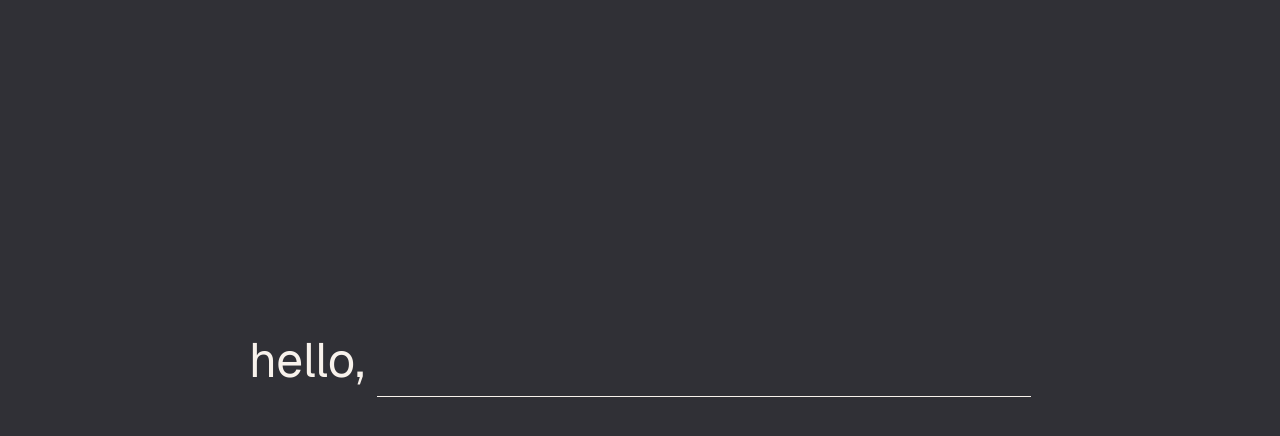
Repository: zhangolivia7/rot-recovery
Page: /
These files come from the project's save history. The page is drawn as it stood at one moment and after the next save; the edit follows.
The browser window is 1280 px wide. The pictures show the whole page.
The project was rebuilt for these pictures with package versions that can differ from the ones it lists, and the page was loaded fresh each time. The framework's server and built-in components were replaced by stand-ins that run in the browser. Also part of the build but not shown: next.config.ts.

Above is the page before, as saved 2025-03-15 21:10:35.

### src/app/layout.tsx
import type { Metadata } from "next";
import { Geist, Geist_Mono } from "next/font/google";
import "./globals.css";

const geistSans = Geist({
  variable: "--font-geist-sans",
  subsets: ["latin"],
});

const geistMono = Geist_Mono({
  variable: "--font-geist-mono",
  subsets: ["latin"],
});

export const metadata: Metadata = {
  title: "Rot Recovery",
  description: "it's comeback time.",
};

export default function RootLayout({
  children,
}: Readonly<{
  children: React.ReactNode;
}>) {
  return (
    <html lang="en">
      <body
        className={`${geistSans.variable} ${geistMono.variable} antialiased`}
      >
        {children}
      </body>
    </html>
  );
}

### src/app/page.tsx
import Image from "next/image";

export default function Home() {
  return (
    <div className="grid grid-rows-[20px_1fr_20px] items-center justify-items-center min-h-screen p-8 pb-20 gap-16 sm:p-20 font-[family-name:var(--font-geist-sans)]">
      <main className="flex flex-col gap-[32px] row-start-2 items-center sm:items-start">
        <div>
          <h1>hello, <input type="text"></input></h1>
        </div>
      </main>
    </div>
  );
}

### src/app/globals.css
@import "tailwindcss";

:root {
  --background: #303036;
  --foreground: #F8F2EC;
}

@theme inline {
  --color-background: var(--background);
  --color-foreground: var(--foreground);
  --font-sans: var(--font-geist-sans);
  --font-mono: var(--font-geist-mono);
}

@media (prefers-color-scheme: dark) {
  :root {
    --background: #303036;
    --foreground: #F8F2EC;
  }
}

body {
  background: var(--background);
  color: var(--foreground);
  font-family: Arial, Helvetica, sans-serif;
}

h1 {
  font-size: 3em;
}

h1 input {
  border-bottom: 1px solid var(--foreground);
}

h1 input::after {
  outline: none;
}

After the next save:
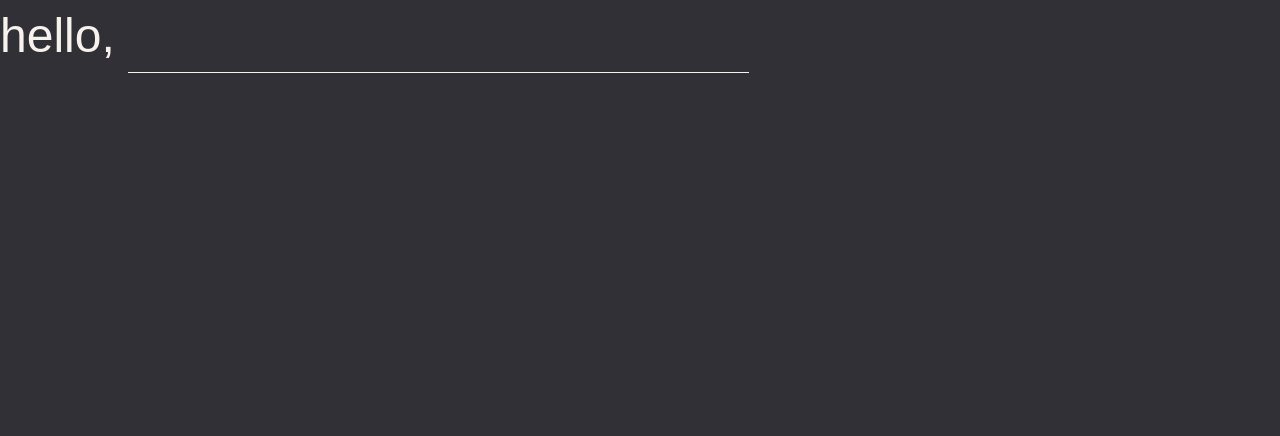
Saved 42 s later.
--- a/src/app/page.tsx
+++ b/src/app/page.tsx
@@ -2,8 +2,8 @@
 
 export default function Home() {
   return (
-    <div className="grid grid-rows-[20px_1fr_20px] items-center justify-items-center min-h-screen p-8 pb-20 gap-16 sm:p-20 font-[family-name:var(--font-geist-sans)]">
-      <main className="flex flex-col gap-[32px] row-start-2 items-center sm:items-start">
+    <div>
+      <main>
         <div>
           <h1>hello, <input type="text"></input></h1>
         </div>

After the save that followed:
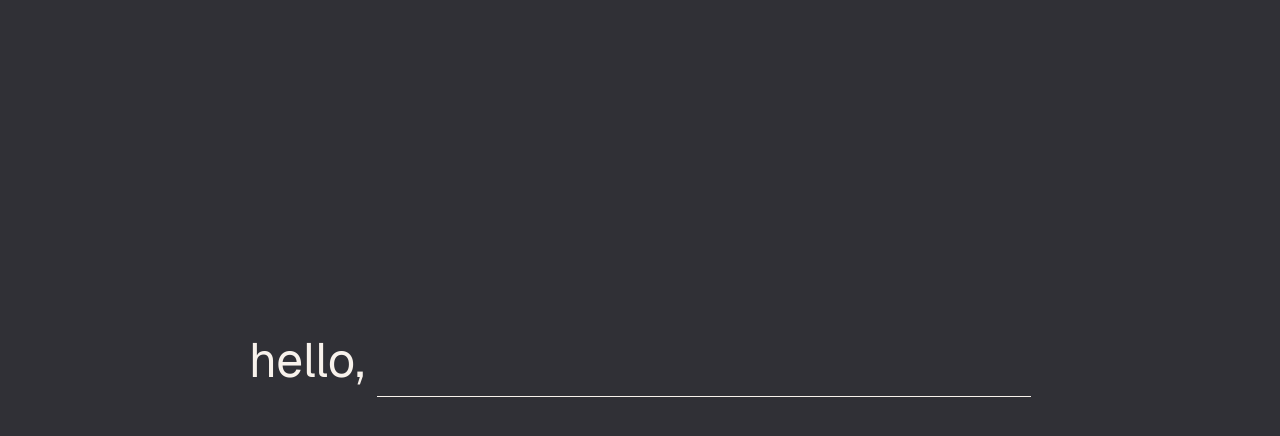
Saved 6 s later.
--- a/src/app/page.tsx
+++ b/src/app/page.tsx
@@ -2,8 +2,8 @@
 
 export default function Home() {
   return (
-    <div>
-      <main>
+    <div className="grid grid-rows-[20px_1fr_20px] items-center justify-items-center min-h-screen p-8 pb-20 gap-16 sm:p-20 font-[family-name:var(--font-geist-sans)]">
+      <main className="flex flex-col gap-[32px] row-start-2 items-center sm:items-start">
         <div>
           <h1>hello, <input type="text"></input></h1>
         </div>
